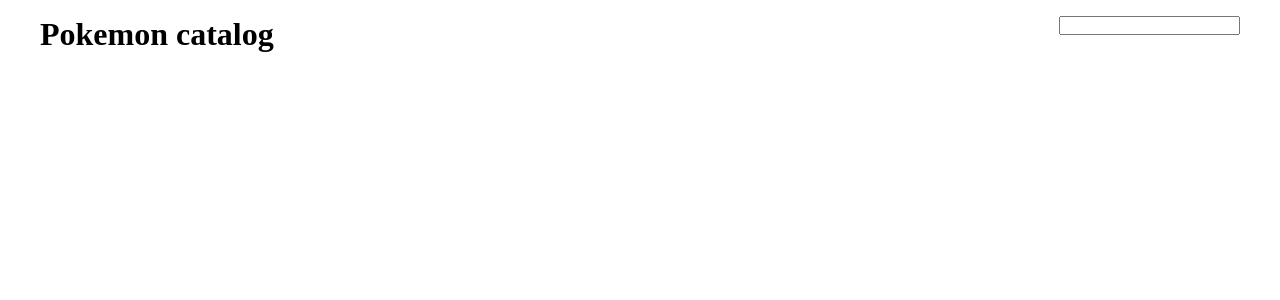
Repository: Ryszard-Penkala/pokemon-API
Page: index.html
These files come from the project's save history. The page is drawn as it stood at one moment and after the next save; the edit follows.
The browser window is 1280 px wide. The pictures show the whole page.
The page's requests for data from a server got no answer.

Above is the page before, as saved 2020-06-26 21:29:10.

### index.html
<!DOCTYPE html>
<html lang="en">
<head>
    <meta charset="UTF-8">
    <meta name="viewport" content="width=device-width, initial-scale=1.0">
    <link href="https://fonts.googleapis.com/css2?family=Lato:wght@400;700&amp;display=swap" rel="stylesheet">
    <link rel="stylesheet" href="assets/styles/styles.css">
    <title>Pokemon API</title>
</head>
<body>
    <main class="pokemon-app">
        <header class="header-main pokemon-app__header">
            <div class="header-main__catalog">
                <h1 class="header-main__heading">Pokemon catalog</h1>
            </div>
            <div class="header-main__search-bar">
                <input class="header-main__searching header-main__searching--active" type="text">
            </div>
        </header>
        <section class="section-main pokemon-app__section" data-content>

        </section>
        <footer class="footer-main pokemon-app__footer">
            <div class="footer-main__load-bar">
            </div>

        </footer>
    </main>


    <script src="assets/js/script.js"></script>
    <script>
        const Catalog = new pokemonAPICatalog();
        Catalog.init();
    </script>
</body>
</html>

### assets/styles/styles.css
*, *::before, *::after{
    margin: 0;
    padding: 0;
    box-sizing: border-box;
}
.body{
    display: flex;
    font-family: "Lato", sans-serif;
}

.pokemon-app{
    max-width: 1200px;
    margin: 0 auto;
}

.header-main{
    display: flex;
    justify-content: space-between;
    padding: 1rem 0;
}

.header-mian__catalog{
    display: inline-block;
}

.header-main__search-bar{
    display: inline-block;
}

.section-main{
    display: grid;
    grid-gap: 25px;
    grid-template-columns: repeat(auto-fit, minmax(250px, 1fr));
}
.section-main__card{
    width: 250px;
}
.card__header{
    display: flex;
    justify-content: space-between;
    line-height: 24px;
}

.card__name{
    font-size: 24px;
}

.card__image{
    width: 250px;
}

.card--bold{
    font-weight: 700;
}

### assets/js/script.js
class pokemonAPICatalog {
    constructor() {
        this.catalog = null;
        this.cards = [];
        this.page = 1;

        this.API = "https://api.pokemontcg.io";
        this.API_VERSION= "v1";
        this.API_RESOURCE = "cards?pageSize=4&page=2";
        this.API_PAGE_SIZE = "pageSize=4"
        this.API_PAGE = "page="

        this.API_ENDPOINT = `${this.API}/${this.API_VERSION}/${this.API_RESOURCE}?${this.API_PAGE_SIZE}&${this.API_PAGE}${this.page}`;

        this.UiSelectors = {
            content : `[data-content]`
        }
    }
    init(){
        this.catalog = document.querySelector(this.UiSelectors.content);
        this.pullCards();

    }

    async pullCards(){
        const { cards } = await this.fetchData(this.API_ENDPOINT)
        this.cards = [...cards];
        this.addCards(this.cards);
    }


    async fetchData(url){
        const response = await fetch(url);
        const parsedResponse = await response.json();

        return parsedResponse;
    }

    addCards(cards){
        this.cards.map(card => {
            this.catalog.insertAdjacentHTML("beforeend", this.drawCard(card))
        });
    }

    drawCard(card){
        return(
            `<span class="section-main__card">
                <header class="card__header">
                    <span class="card__name card--bold">${card.name}</span>
                    <span class="card__id">Nr: ${card.number}</span>
                </header>
                <img src=${card.imageUrl} class="card__image">
                <footer class="card_footer">
                    <div class="card__supertype">
                        <span class="card__supertype card--bold">Supertype : </span>
                        ${card.supertype}
                    </div>
                    <div class="card__subtype">
                        <span class="card__subtype card--bold">Subtype : </span>
                        ${card.subtype}
                    </div>
                    <div class="card__rarity">
                        <span class="card__rarity card--bold">Rarity : </span>
                        ${card.rarity}
                    </div>
                </footer>
            </span>`
        )
    }
}

After the next save:
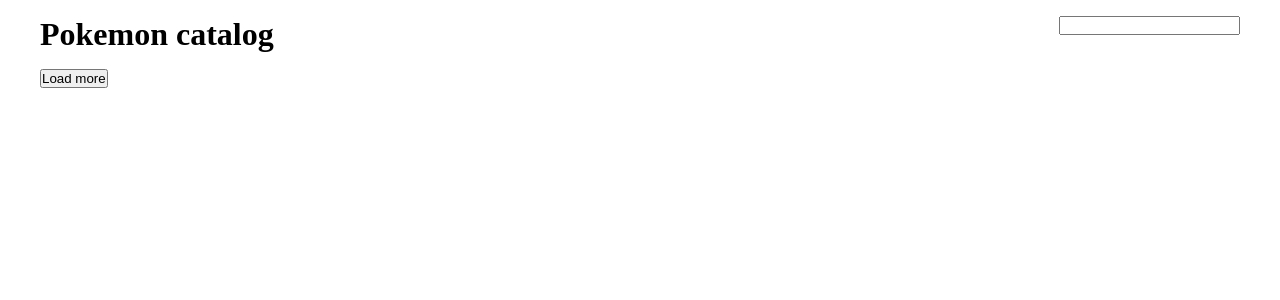
Saved 83 min 32 s later.
--- a/index.html
+++ b/index.html
@@ -22,6 +22,7 @@
         </section>
         <footer class="footer-main pokemon-app__footer">
             <div class="footer-main__load-bar">
+                <button class="footer-main__load-button">Load more</button>
             </div>
 
         </footer>
